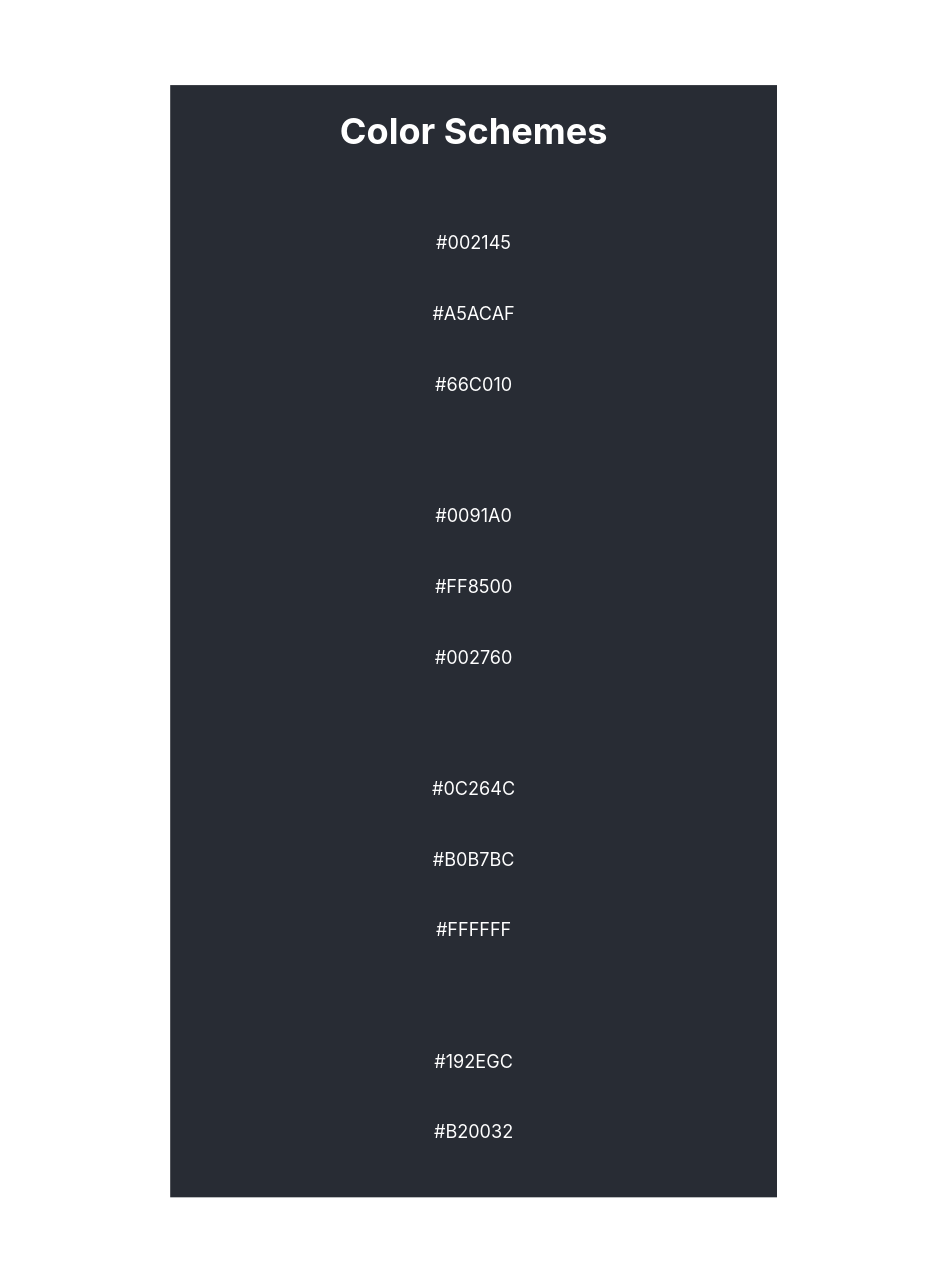
Repository: MikeTroianello/troianello.co
Page: /
These files come from the project's save history. The page is drawn as it stood at one moment and after the next save; the edit follows.
The browser window is 1280 px wide. The pictures show the whole page, at 74% of full size.
The project was rebuilt for these pictures with package versions that can differ from the ones it lists, and the page was loaded fresh each time.

Above is the page before, as saved 2019-06-24 15:35:07.

### src/App.js
import React from 'react';

import './App.css';

function App() {
  return (
    <div className='App'>
      <header className='App-header'>
        <h1>Color Schemes</h1>
        <div className='teams seahawks'>
          <div className='s-blue'>#002145</div>
          <div className='s-gray'>#A5ACAF</div>
          <div className='s-green'>#66C010</div>
        </div>
        <div className='teams dolphins'>
          <div className='d-aqua'>#0091A0</div>
          <div className='s-orange'>#FF8500</div>
          <div className='s-dark-blue'>#002760</div>
        </div>
        <div className='teams cowboys'>
          <div className='c-blue'>#0C264C</div>
          <div className='c-gray'>#B0B7BC</div>
          <div className='c-white'>#FFFFFF</div>
        </div>
        <div className='teams giants'>
          <div className='g-blue'>#192EGC</div>
          <div className='g-red'>#B20032</div>
        </div>
      </header>
    </div>
  );
}

export default App;

### src/App.css
.App {
  text-align: center;
}

.App-logo {
  animation: App-logo-spin infinite 20s linear;
  height: 40vmin;
  pointer-events: none;
}

.App-header {
  background-color: #282c34;
  min-height: 100vh;
  display: flex;
  flex-direction: column;
  align-items: center;
  justify-content: center;
  font-size: calc(10px + 2vmin);
  color: white;
}

.App-link {
  color: #61dafb;
}

@keyframes App-logo-spin {
  from {
    transform: rotate(0deg);
  }
  to {
    transform: rotate(360deg);
  }
}

div {
  height: 100%;
  width: 80%;
  padding: 5% 10%;
}

Loaded but not shown: public/index.html (common file); src/index.js (common file); src/index.css (common file); src/serviceWorker.js (common file)

After the next save:
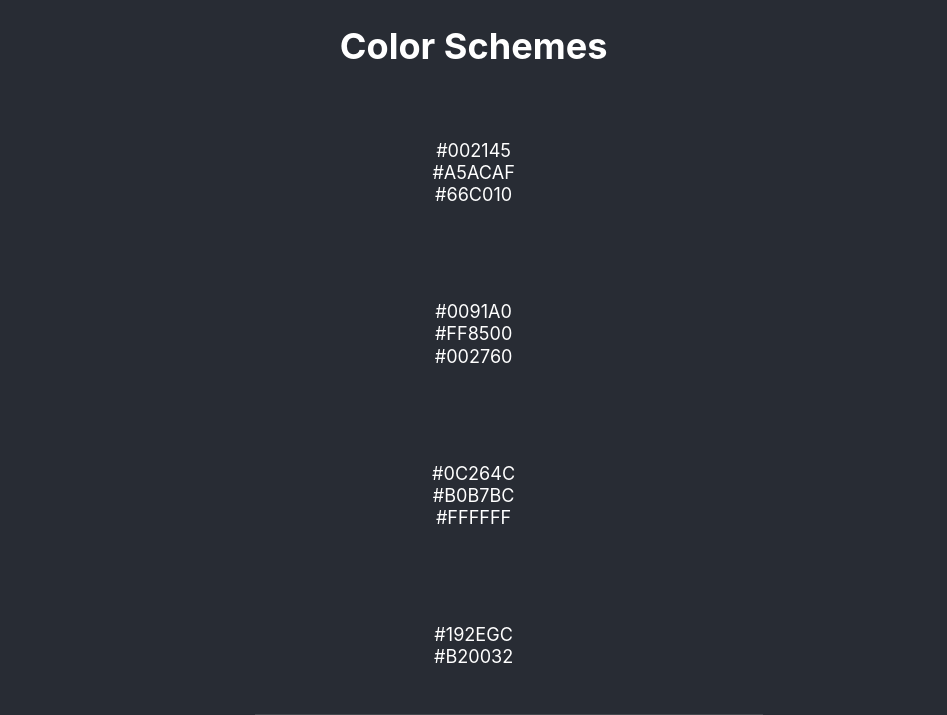
Saved 2 s later.
--- a/src/App.css
+++ b/src/App.css
@@ -32,7 +32,7 @@
   }
 }
 
-div {
+.teams {
   height: 100%;
   width: 80%;
   padding: 5% 10%;
